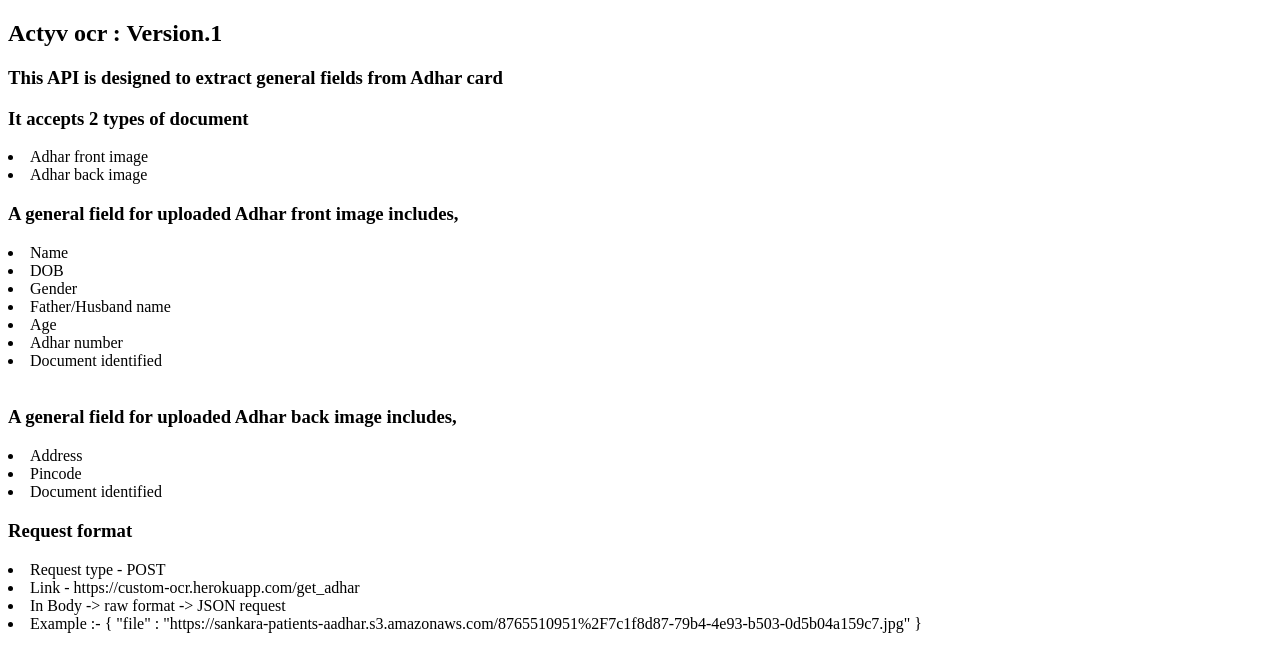
Repository: Sahana-M/OCR-for-Adhar
Page: template/home.html
An editor plug-in stored every save of this project. The page is shown before and after the next save, followed by the edit.
The browser window is 1280 px wide. The pictures show the whole page.

Above is the page before, as saved 2020-03-25 21:17:30.

### template/home.html
<!DOCTYPE html>
<html lang="en">
<head>
    <meta charset="UTF-8">
    <meta name="viewport" content="width=device-width, initial-scale=1.0">
    <meta http-equiv="X-UA-Compatible" content="ie=edge">
    <title>Actyv OCR</title>
</head>
<body>
        <h2>Actyv ocr : Version.1</h2>
        <h3>This API is designed to extract general fields from Adhar card</h3>
        <h3>It accepts 2 types of document</h3>
        <li>Adhar front image</li>
        <li>Adhar back image</li>
        <h3>A general field for uploaded Adhar front image includes, </h3>
        <li>Name</li>
        <li>DOB</li>
        <li>Gender</li>
        <li>Father/Husband name</li>
        <li>Age</li>
        <li>Adhar number</li>
        <li>Document identified</li>
        <br>
        <h3>A general field for uploaded Adhar back image includes, </h3>
        <li>Address</li>
        <li>Pincode</li>
        <li>Document identified</li>
        <h3>Request format</h3>
        <li>Request type - POST</li>
        <li>Link - https://custom-ocr.herokuapp.com/get_adhar</li>
        <li>In Body -> raw format -> JSON request</li>
        <li>Example :- {
            "file" : "https://sankara-patients-aadhar.s3.amazonaws.com/8765510951%2F7c1f8d87-79b4-4e93-b503-0d5b04a159c7.jpg"
            }</li>
    </body>
</html>

After the next save:
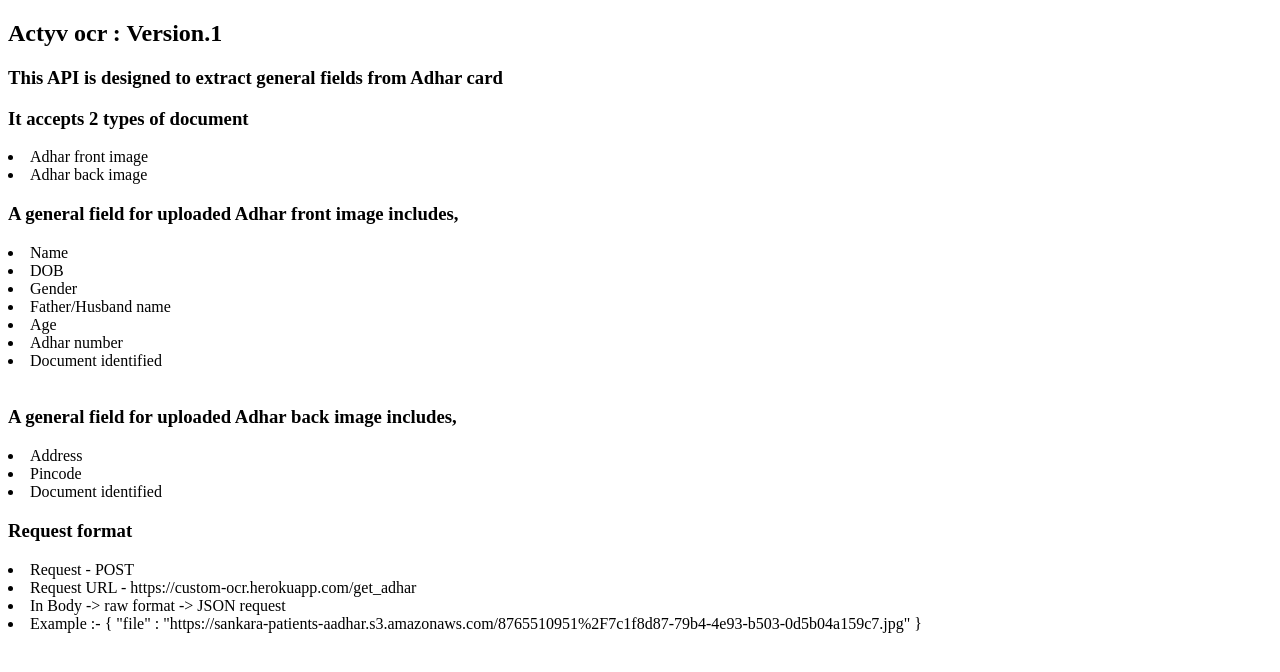
Saved 52 s later.
--- a/template/home.html
+++ b/template/home.html
@@ -26,9 +26,9 @@
         <li>Pincode</li>
         <li>Document identified</li>
         <h3>Request format</h3>
-        <li>Request type - POST</li>
-        <li>Link - https://custom-ocr.herokuapp.com/get_adhar</li>
-        <li>In Body -> raw format -> JSON request</li>
+        <li>Request     - POST</li>
+        <li>Request URL - https://custom-ocr.herokuapp.com/get_adhar</li>
+        <li>In Body     -> raw format    -> JSON request</li>
         <li>Example :- {
             "file" : "https://sankara-patients-aadhar.s3.amazonaws.com/8765510951%2F7c1f8d87-79b4-4e93-b503-0d5b04a159c7.jpg"
             }</li>
